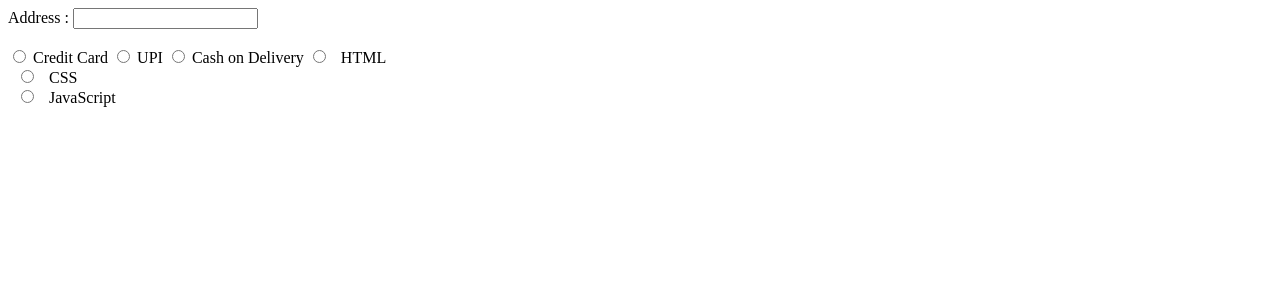
Repository: Sujith-B-S/Food-Application
Page: http://localhost/FoodApplication/checkOut.jsp
The author's editor kept a copy of each file at every save. The page is drawn from the files as they stood at one save, then again after the next save.
The browser window is 1280 px wide. The pictures show the whole page.
The page is served by Tomcat 9. Other server files are loaded and not shown.

Above is the page before, as saved 2024-11-22 04:48:32.

### FoodApplication/src/main/webapp/checkOut.jsp
<%@ page language="java" contentType="text/html; charset=UTF-8"
    pageEncoding="UTF-8"%>
<!DOCTYPE html>
<html>
<head>
<meta charset="UTF-8">
<title>CheckOut</title>
</head>
<body>
	<form action="">
		Address : <input type = "text" name = "address"><br><br>
		<input type = "radio" id = "cc" name = "creditcard" value = "Credit Card">
		<label for = "cc">Credit Card</label>
		<input type = "radio" id = "upi" name = "upi" value = "UPI">
		<label for = "upi">UPI</label>
		<input type = "radio" id = "cash" name = "cash" value = "Cash on Delivery">
		<label for = "cash">Cash on Delivery</label>

		<input type="radio" id="html" name="fav_language" value="HTML">
  <label for="html">HTML</label><br>
  <input type="radio" id="css" name="fav_language" value="CSS">
  <label for="css">CSS</label><br>
  <input type="radio" id="javascript" name="fav_language" value="JavaScript">
  <label for="javascript">JavaScript</label>

	</form>
</body>
</html>

After the next save:
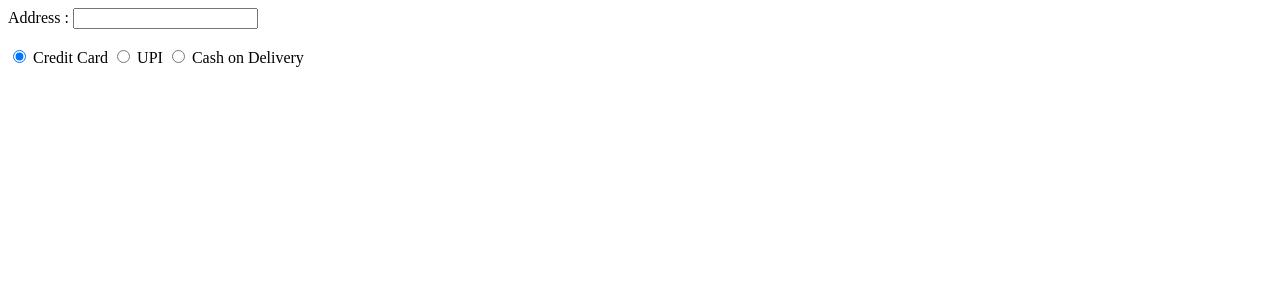
Saved 2 min 8 s later.
--- a/FoodApplication/src/main/webapp/checkOut.jsp
+++ b/FoodApplication/src/main/webapp/checkOut.jsp
@@ -9,19 +9,16 @@
 <body>
 	<form action="">
 		Address : <input type = "text" name = "address"><br><br>
-		<input type = "radio" id = "cc" name = "creditcard" value = "Credit Card">
-		<label for = "cc">Credit Card</label>
-		<input type = "radio" id = "upi" name = "upi" value = "UPI">
-		<label for = "upi">UPI</label>
-		<input type = "radio" id = "cash" name = "cash" value = "Cash on Delivery">
-		<label for = "cash">Cash on Delivery</label>
+		<input type="radio" id="cc" name="paymentMethod" value="Credit Card" checked>
+	    <label for="cc">Credit Card</label>
 
-		<input type="radio" id="html" name="fav_language" value="HTML">
-  <label for="html">HTML</label><br>
-  <input type="radio" id="css" name="fav_language" value="CSS">
-  <label for="css">CSS</label><br>
-  <input type="radio" id="javascript" name="fav_language" value="JavaScript">
-  <label for="javascript">JavaScript</label>
+	    <input type="radio" id="upi" name="paymentMethod" value="UPI">
+	    <label for="upi">UPI</label>
+
+	    <input type="radio" id="cash" name="paymentMethod" value="Cash on Delivery">
+	    <label for="cash">Cash on Delivery</label>
+
+
 
 	</form>
 </body>
